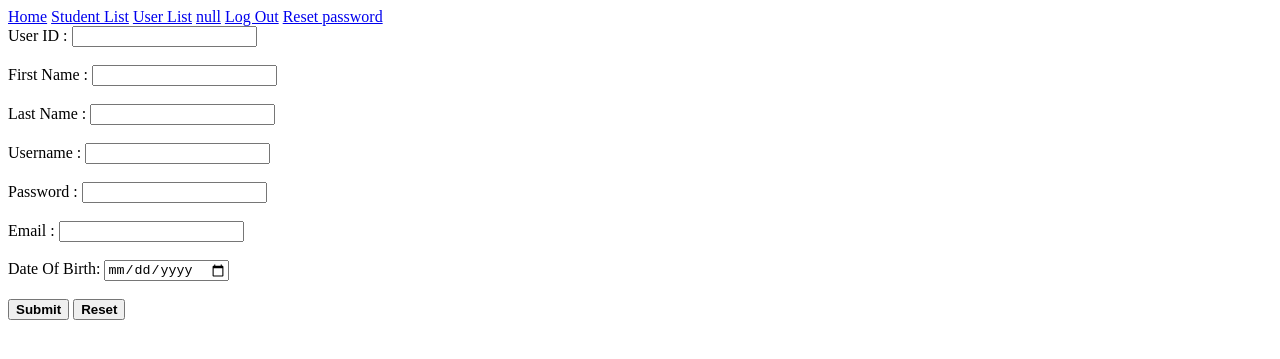
Repository: AmritOjha01/sms
Page: http://localhost/StudentManagementSystem/userCreate.jsp
The author's editor kept a copy of each file at every save. The page is drawn from the files as they stood at one save, then again after the next save.
The browser window is 1280 px wide. The pictures show the whole page.
The page is served by Tomcat 9. Other server files are loaded and not shown.

Above is the page before, as saved 2017-03-27 06:50:55.

### StudentManagementSystem/WebContent/userCreate.jsp
<%@ page language="java" contentType="text/html; charset=ISO-8859-1"
	pageEncoding="ISO-8859-1"%>
<%@ taglib uri="http://java.sun.com/jsp/jstl/core" prefix="c"%>
<%@ taglib uri="http://java.sun.com/jsp/jstl/fmt" prefix="fmt"%>
<!DOCTYPE html PUBLIC "-//W3C//DTD HTML 4.01 Transitional//EN" "http://www.w3.org/TR/html4/loose.dtd">
<html>
<head>
<meta http-equiv="Content-Type" content="text/html; charset=ISO-8859-1">
<title>User Registration</title>
<%@ include file="header.jsp"%>
</head>
<body>

	<form role="form" action="UserController" method="post">
		<label>User ID : </label> <input type="text" id="userid" name="userid"
			value="${user.userId}" readonly><br> <br> <label>First
			Name : </label> <input type="text" id="userfirstname" name="firstName"
			value="${user.firstName}"><br> <br> <label
			for="pwd">Last Name : </label> <input type="text" id="lastname"
			name="lastName" value="${user.lastName}"><br> <br>
		<label for="pwd">Username : </label> <input type="text" id="username"
			name="username" value="${user.username}"><br> <br>
		<label>Password : </label> <input type="password" id="password"
			name="password" value="${user.password}"><br> <br>
		<label>Email : </label> <input type="email" id="email" name="email"
			value="${user.email}"><br> <br> <label>Date
			Of Birth: </label> <input type="date" id="dateofbiths" name="dob"
			value="<fmt:formatDate pattern="MM/dd/yyyy" value="${user.dob}" />"><br>
		<br>

		<button type="submit" style="font-weight: bold;">Submit</button>
		<button type="reset" style="font-weight: bold;">Reset</button>
	</form>

</body>
</html>

### StudentManagementSystem/WebContent/header.jsp
<a href="home.jsp">Home</a>
<a href="StudentController?actions=list">Student List</a>
<a href="UserController?action=listUser">User List</a>
<a href="UserController?action=listUser"><%=session.getAttribute("uname")%></a>
<a href="LogoutController">Log Out</a>
<a href="previousUserPassword.jsp">Reset password</a>

After the next save:
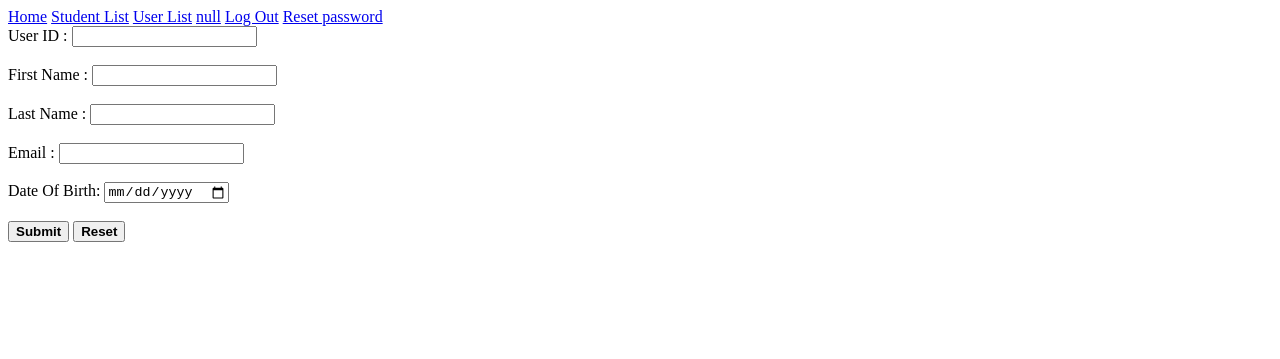
Saved 65 min 20 s later.
--- a/StudentManagementSystem/WebContent/userCreate.jsp
+++ b/StudentManagementSystem/WebContent/userCreate.jsp
@@ -18,10 +18,18 @@
 			value="${user.firstName}"><br> <br> <label
 			for="pwd">Last Name : </label> <input type="text" id="lastname"
 			name="lastName" value="${user.lastName}"><br> <br>
-		<label for="pwd">Username : </label> <input type="text" id="username"
-			name="username" value="${user.username}"><br> <br>
-		<label>Password : </label> <input type="password" id="password"
-			name="password" value="${user.password}"><br> <br>
+		<c:if test="user.userId > 0">
+			<label for="pwd">Username : </label>
+			<input type="text" id="username" name="username"
+				value="${user.username}">
+			<br>
+			<br>
+			<label>Password : </label>
+			<input type="password" id="password" name="password"
+				value="${user.password}">
+			<br>
+			<br>
+		</c:if>
 		<label>Email : </label> <input type="email" id="email" name="email"
 			value="${user.email}"><br> <br> <label>Date
 			Of Birth: </label> <input type="date" id="dateofbiths" name="dob"
